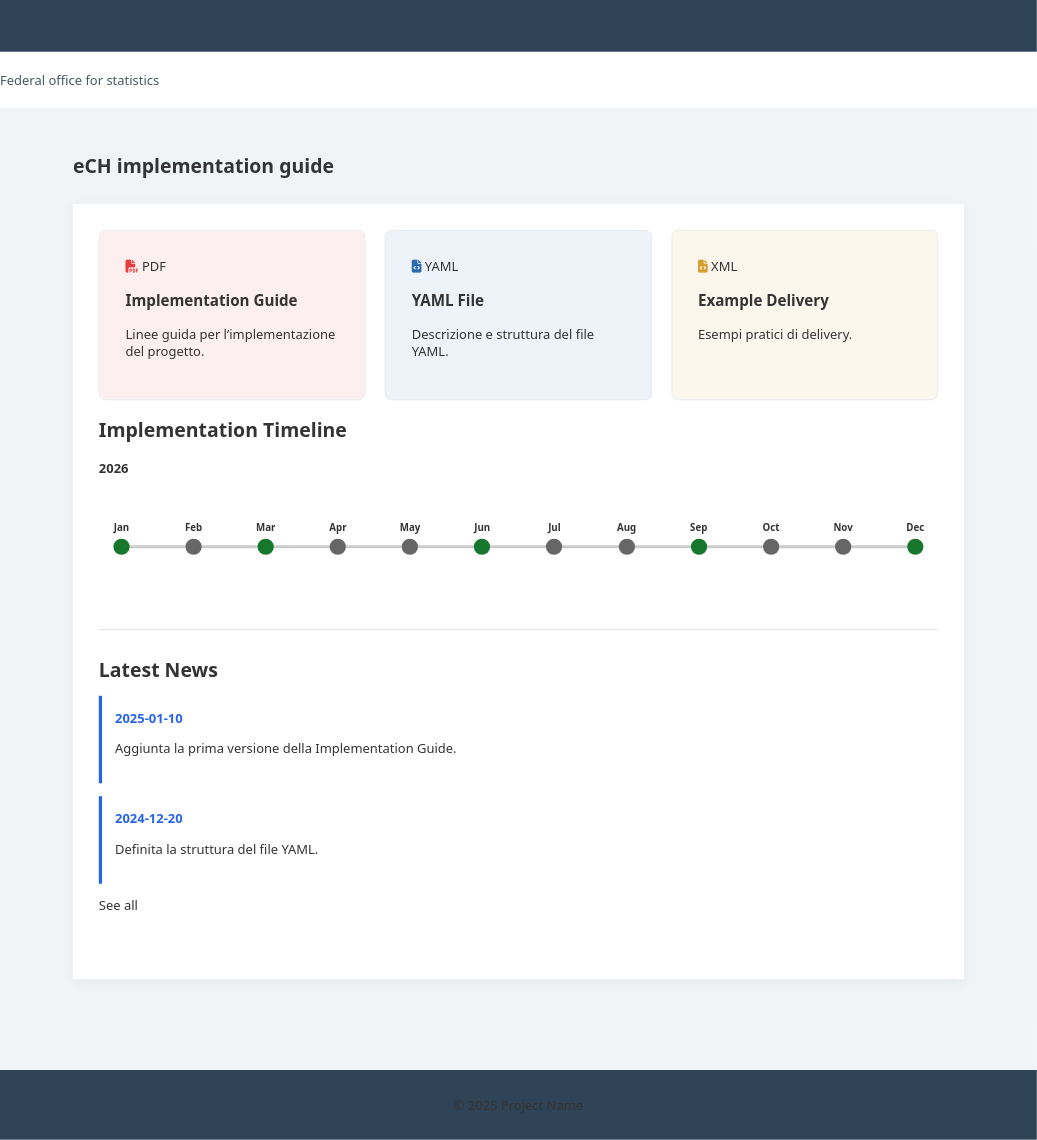
Repository: bfspoku/ech-0252-docs
Page: index.html
An editor plug-in stored every save of this project. The page is shown before and after the next save, followed by the edit.
The browser window is 1280 px wide. The pictures show the whole page, at 81% of full size.

Above is the page before, as saved 2025-12-16 17:39:34.

After the next save:
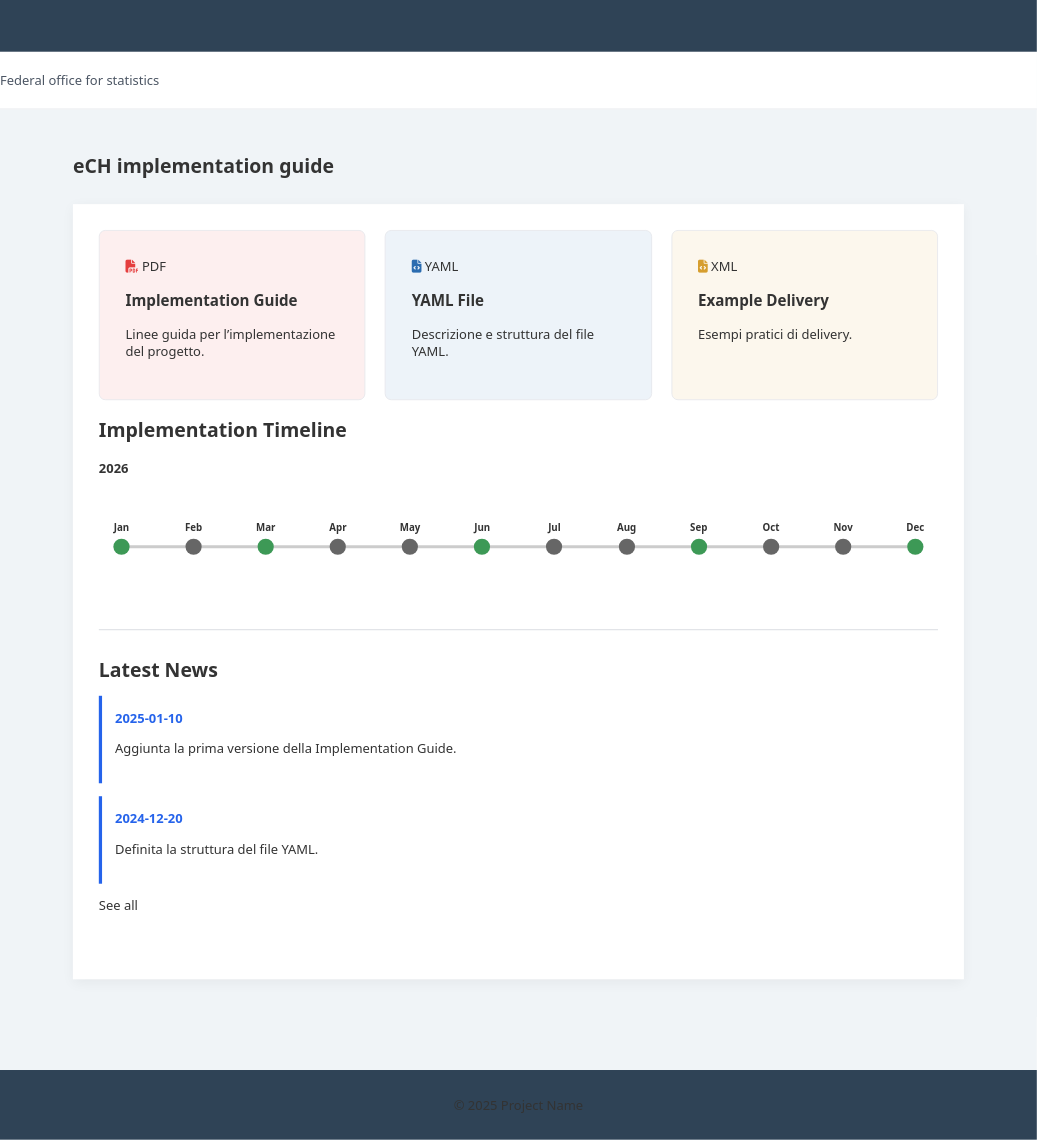
Saved 45 s later.
--- a/css/style.css
+++ b/css/style.css
@@ -159,8 +159,8 @@
       cursor: default;
   }
 
-  .month-point-active {
-    background-color:#16772d;
+  .month-point-active:hover {
+    background-color:#771672;
   }
 
   .month-label {
